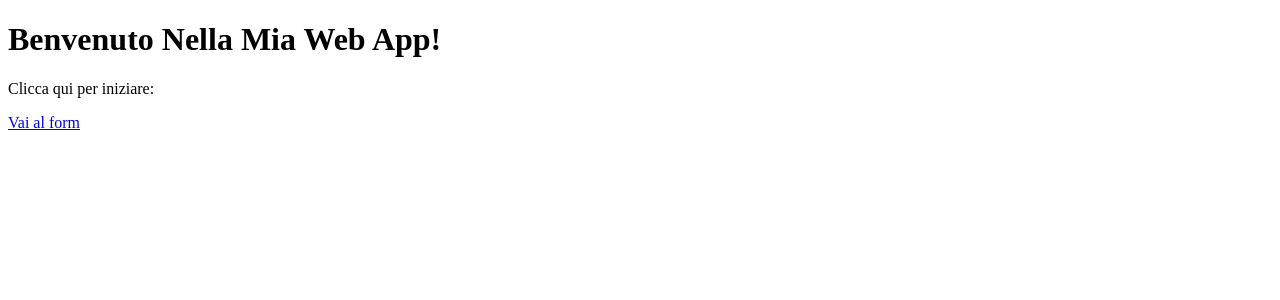
Repository: PcarloP/java_se
Page: http://localhost/anagraficaweb/jsp/home.jsp
An editor plug-in stored every save of this project. The page is shown before and after a run of saves, followed by the edit.
The browser window is 1280 px wide. The pictures show the whole page.
The page is served by Tomcat 10. Other server files are loaded and not shown.

Above is the page before, as saved 2025-06-22 12:00:46.

### anagraficaweb/WebContent/jsp/home.jsp
<!DOCTYPE html>
<html lang="it">
<head>
    <meta charset="UTF-8">
    <title>Benvenuto</title>
</head>
<body>

    <h1>Benvenuto Nella Mia Web App!</h1>

    <p>Clicca qui per iniziare:</p>

    <a href="jsp/login.jsp">Vai al form</a>
    <include:
</body>
</html>

### anagraficaweb/WebContent/jsp/footer.jsp
<footer>
	<p>&copy; 2025 My Application. All rights reserved.</p>
</footer>

After the next 2 saves:
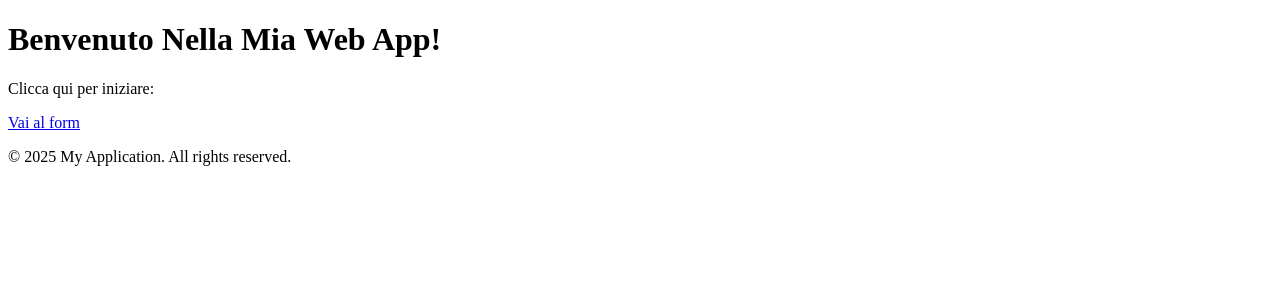
The 2 saves are shown as one change because 1 did not build or start.
The last was saved 28 s later.
--- a/anagraficaweb/WebContent/jsp/home.jsp
+++ b/anagraficaweb/WebContent/jsp/home.jsp
@@ -11,6 +11,6 @@
     <p>Clicca qui per iniziare:</p>
 
     <a href="jsp/login.jsp">Vai al form</a>
-    <include:
+    <jsp:include page="footer.jsp"/>
 </body>
 </html>
